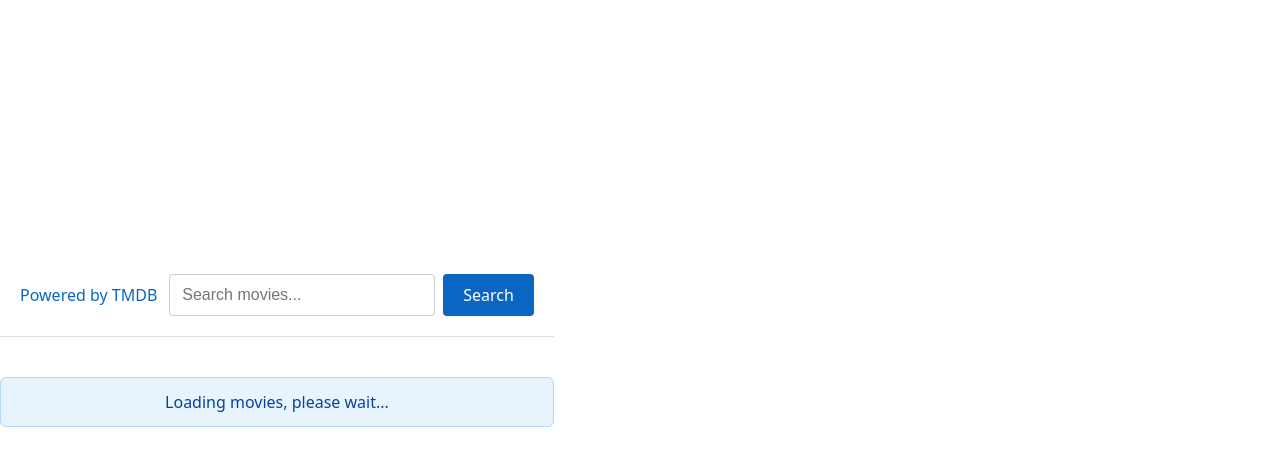
Repository: SvitSh/03-react-movies
Page: /
These files come from the project's save history. The page is drawn as it stood at one moment and after a run of saves; the edit follows.
The browser window is 1280 px wide. The pictures show the whole page.
The page's requests for data from a server got no answer. The project was rebuilt for these pictures with package versions that can differ from the ones it lists, and the page was loaded fresh each time. No one was signed in, and anything a server would have sent is missing. Also part of the build but not shown: vite.config.ts, src/components/MovieGrid/MovieGrid.module.css, src/components/MovieGrid/MovieGrid.tsx, src/components/MovieModal/MovieModal.module.css, src/components/MovieModal/MovieModal.tsx, src/components/ErrorMessage/ErrorMessage.module.css, src/components/ErrorMessage/ErrorMessage.tsx, src/components/App/App.module.css.

Above is the page before, as saved 2025-07-26 10:28:42.

### src/main.tsx
// src/main.tsx
import React from "react";
import ReactDOM from "react-dom/client";
import { QueryClient, QueryClientProvider } from "@tanstack/react-query";
import App from "./components/App/App";
import "./index.css";

const queryClient = new QueryClient();

ReactDOM.createRoot(document.getElementById("root")!).render(
  <React.StrictMode>
    <QueryClientProvider client={queryClient}>
      <App />
    </QueryClientProvider>
  </React.StrictMode>
);

### src/components/App/App.tsx
import { useEffect, useState } from "react";
import { useQuery } from "@tanstack/react-query";
import ReactPaginate from "react-paginate";
import toast, { Toaster } from "react-hot-toast";

import { fetchMovies, fetchSearchMovies } from "../../services/movieService";
import type { Movie, MovieResponse } from "../../types/movieResponse";

import SearchBar from "../SearchBar/SearchBar";
import MovieGrid from "../MovieGrid/MovieGrid";
import MovieModal from "../MovieModal/MovieModal";
import Loader from "../Loader/Loader";
import ErrorMessage from "../ErrorMessage/ErrorMessage";

import styles from "./App.module.css";

const App = () => {
  const [searchQuery, setSearchQuery] = useState("");
  const [page, setPage] = useState(1);
  const [selectedMovie, setSelectedMovie] = useState<Movie | null>(null);

  const { data, isLoading, isError } = useQuery<MovieResponse, Error>({
    queryKey: ["movies", searchQuery, page],
    queryFn: () =>
      searchQuery.trim()
        ? fetchSearchMovies(searchQuery, page)
        : fetchMovies(page),
    placeholderData: undefined,
    refetchOnWindowFocus: false,
  });

  useEffect(() => {
    if (data && data.results.length === 0) {
      toast.error("No movies found for your request.");
    }
  }, [data]);

  const handleSearch = (query: string) => {
    setSearchQuery(query);
    setPage(1);
  };

  const handlePageChange = ({ selected }: { selected: number }) => {
    setPage(selected + 1);
  };

  return (
    <div className={styles.app}>
      <Toaster position="top-center" reverseOrder={false} />
      <SearchBar onSubmit={handleSearch} />

      {isLoading && <Loader />}
      {isError && (
        <ErrorMessage>There was an error, please try again...</ErrorMessage>
      )}

      {data?.results && data.results.length > 0 && (
        <>
          <MovieGrid movies={data.results} onSelect={setSelectedMovie} />

          {data.total_pages > 1 && (
            <ReactPaginate
              pageCount={Math.min(data.total_pages, 500)}
              pageRangeDisplayed={5}
              marginPagesDisplayed={1}
              onPageChange={handlePageChange}
              forcePage={page - 1}
              containerClassName={styles.pagination}
              activeClassName={styles.active}
              nextLabel="→"
              previousLabel="←"
            />
          )}
        </>
      )}

      {selectedMovie && (
        <MovieModal
          movie={selectedMovie}
          onClose={() => setSelectedMovie(null)}
        />
      )}
    </div>
  );
};

export default App;

### src/services/movieService.ts
import axios from "axios";
import type { MovieResponse } from "../types/movieResponse";

const ACCESS_TOKEN = import.meta.env.VITE_TMDB_ACCESS_TOKEN;
const BASE_URL = "https://api.themoviedb.org/3";

const axiosInstance = axios.create({
  baseURL: BASE_URL,
  headers: {
    Authorization: `Bearer ${ACCESS_TOKEN}`,
  },
});

export const fetchMovies = async (page = 1): Promise<MovieResponse> => {
  const { data } = await axiosInstance.get<MovieResponse>("/movie/popular", {
    params: {
      language: "en-US",
      include_adult: false,
      page,
    },
  });
  return data;
};

export const fetchSearchMovies = async (
  query: string,
  page = 1
): Promise<MovieResponse> => {
  const { data } = await axiosInstance.get<MovieResponse>("/search/movie", {
    params: {
      language: "en-US",
      include_adult: false,
      query,
      page,
    },
  });
  return data;
};

### src/components/SearchBar/SearchBar.tsx
// src/components/SearchBar/SearchBar.tsx

import React from "react";
import toast from "react-hot-toast";
import styles from "./SearchBar.module.css";

export interface SearchBarProps {
  onSubmit: (query: string) => void;
}

const SearchBar: React.FC<SearchBarProps> = ({ onSubmit }) => {
  const action = (formData: FormData) => {
    const query = String(formData.get("query") ?? "").trim();

    if (!query) {
      toast.error("Please enter your search query.");
      return;
    }

    onSubmit(query);
  };

  return (
    <header className={styles.header}>
      <div className={styles.container}>
        <a
          className={styles.link}
          href="https://www.themoviedb.org/"
          target="_blank"
          rel="noopener noreferrer"
        >
          Powered by TMDB
        </a>

        {/* <-- Саме ТАК: action={action} */}
        <form className={styles.form} action={action}>
          <input
            className={styles.input}
            type="text"
            name="query"
            autoComplete="off"
            placeholder="Search movies..."
          />
          <button className={styles.button} type="submit">
            Search
          </button>
        </form>
      </div>
    </header>
  );
};

export default SearchBar;

### src/components/Loader/Loader.tsx
import React from "react";
import styles from "./Loader.module.css";

const Loader: React.FC = () => (
  <p className={styles.text}>Loading movies, please wait...</p>
);

export default Loader;

### src/components/SearchBar/SearchBar.module.css
.header {
  padding: 20px;
  background-color: #ffffff;
  border-bottom: 1px solid #e0e0e0;
  margin-bottom: 20px;
}

.container {
  max-width: 1440px;
  margin: 0 auto;
  display: flex;
  justify-content: space-between;
  align-items: center;
  flex-wrap: wrap;
  gap: 12px;
}

.link {
  font-size: 16px;
  font-weight: 500;
  color: #0a66c2;
  text-decoration: none;
  transition: color 0.2s ease;
}

.link:hover {
  color: #004182;
  text-decoration: underline;
}

.form {
  display: flex;
  gap: 8px;
  flex-wrap: nowrap;
}

.input {
  padding: 10px 12px;
  font-size: 16px;
  border: 1px solid #ccc;
  border-radius: 4px;
  width: 240px;
}

.button {
  padding: 10px 20px;
  font-size: 16px;
  background-color: #0a66c2;
  color: white;
  border: none;
  border-radius: 4px;
  cursor: pointer;
}

.button:hover {
  background-color: #004182;
}

Loaded but not shown: index.html (common file); src/index.css (common file); src/components/Loader/Loader.module.css (common file)

After the next 2 saves:
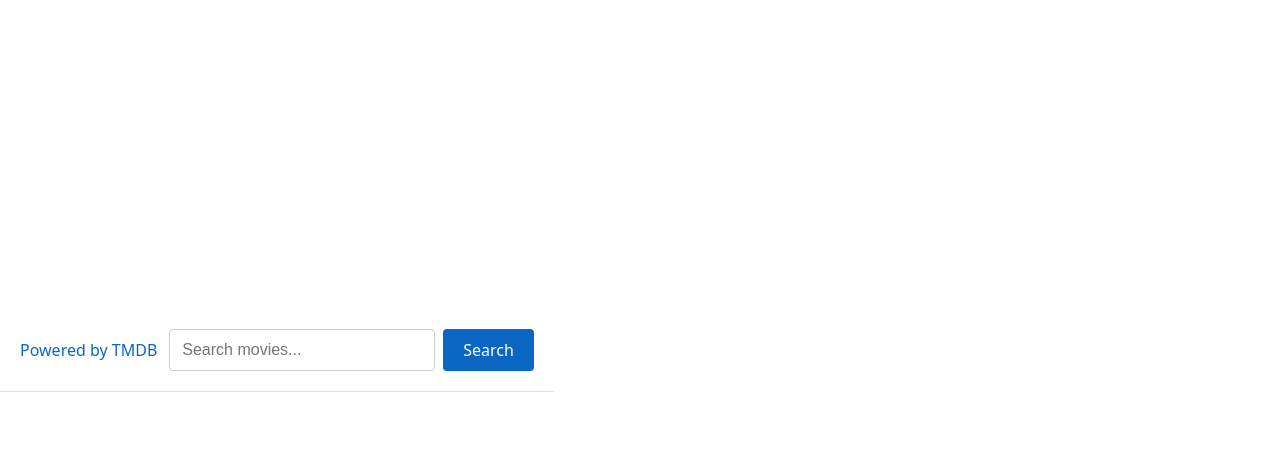
The 2 saves are shown as one change because 1 did not build or start.
The last was saved 4 h 14 min later.
--- a/src/components/App/App.tsx
+++ b/src/components/App/App.tsx
@@ -1,10 +1,10 @@
-import { useEffect, useState } from "react";
+// src/components/App/App.tsx
+import { useState } from "react";
 import { useQuery } from "@tanstack/react-query";
-import ReactPaginate from "react-paginate";
-import toast, { Toaster } from "react-hot-toast";
+import { Toaster, toast } from "react-hot-toast";
 
-import { fetchMovies, fetchSearchMovies } from "../../services/movieService";
-import type { Movie, MovieResponse } from "../../types/movieResponse";
+import { fetchMovies } from "../../services/movieService";
+import type { Movie, MovieResponse } from "../../types/movie";
 
 import SearchBar from "../SearchBar/SearchBar";
 import MovieGrid from "../MovieGrid/MovieGrid";
@@ -16,37 +16,30 @@ import styles from "./App.module.css";
 
 const App = () => {
   const [searchQuery, setSearchQuery] = useState("");
-  const [page, setPage] = useState(1);
   const [selectedMovie, setSelectedMovie] = useState<Movie | null>(null);
 
-  const { data, isLoading, isError } = useQuery<MovieResponse, Error>({
-    queryKey: ["movies", searchQuery, page],
-    queryFn: () =>
-      searchQuery.trim()
-        ? fetchSearchMovies(searchQuery, page)
-        : fetchMovies(page),
-    placeholderData: undefined,
+  const { data, isLoading, isError, isSuccess } = useQuery<
+    MovieResponse,
+    Error
+  >({
+    queryKey: ["movies", searchQuery],
+    queryFn: () => fetchMovies(searchQuery),
+    enabled: searchQuery.trim().length > 0, // не дергаем API без запроса
     refetchOnWindowFocus: false,
   });
 
-  useEffect(() => {
-    if (data && data.results.length === 0) {
-      toast.error("No movies found for your request.");
-    }
-  }, [data]);
-
   const handleSearch = (query: string) => {
+    setSelectedMovie(null);
     setSearchQuery(query);
-    setPage(1);
   };
 
-  const handlePageChange = ({ selected }: { selected: number }) => {
-    setPage(selected + 1);
-  };
+  if (isSuccess && data.results.length === 0) {
+    toast.error("No movies found for your request.");
+  }
 
   return (
     <div className={styles.app}>
-      <Toaster position="top-center" reverseOrder={false} />
+      <Toaster position="top-right" />
       <SearchBar onSubmit={handleSearch} />
 
       {isLoading && <Loader />}
@@ -54,24 +47,8 @@ const App = () => {
         <ErrorMessage>There was an error, please try again...</ErrorMessage>
       )}
 
-      {data?.results && data.results.length > 0 && (
-        <>
-          <MovieGrid movies={data.results} onSelect={setSelectedMovie} />
-
-          {data.total_pages > 1 && (
-            <ReactPaginate
-              pageCount={Math.min(data.total_pages, 500)}
-              pageRangeDisplayed={5}
-              marginPagesDisplayed={1}
-              onPageChange={handlePageChange}
-              forcePage={page - 1}
-              containerClassName={styles.pagination}
-              activeClassName={styles.active}
-              nextLabel="→"
-              previousLabel="←"
-            />
-          )}
-        </>
+      {isSuccess && data.results.length > 0 && (
+        <MovieGrid movies={data.results} onSelect={setSelectedMovie} />
       )}
 
       {selectedMovie && (
--- a/src/services/movieService.ts
+++ b/src/services/movieService.ts
@@ -11,28 +11,14 @@ const axiosInstance = axios.create({
   },
 });
 
-export const fetchMovies = async (page = 1): Promise<MovieResponse> => {
-  const { data } = await axiosInstance.get<MovieResponse>("/movie/popular", {
-    params: {
-      language: "en-US",
-      include_adult: false,
-      page,
-    },
-  });
-  return data;
-};
-
-export const fetchSearchMovies = async (
-  query: string,
-  page = 1
-): Promise<MovieResponse> => {
+export const fetchMovies = async (query: string): Promise<MovieResponse> => {
   const { data } = await axiosInstance.get<MovieResponse>("/search/movie", {
     params: {
       language: "en-US",
       include_adult: false,
       query,
-      page,
     },
   });
+
   return data;
 };
